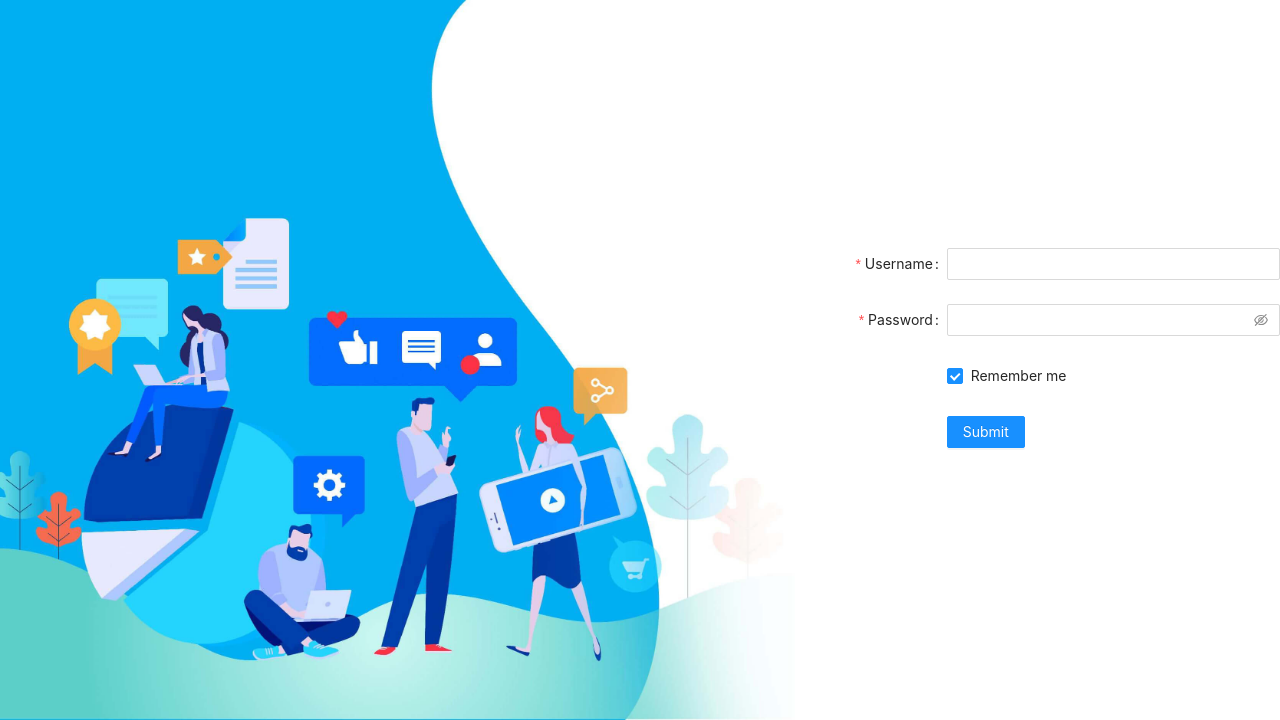
Repository: DallenCat/react-test
Page: /login
The author's editor kept a copy of each file at every save. The page is drawn from the files as they stood at one save, then again after the next save.
The browser window is 1280 px wide. The pictures show the whole page.
The project was rebuilt for these pictures with package versions that can differ from the ones it lists, and the page was loaded fresh each time. Also part of the build but not shown: src/containers/dashboard/index.js, src/containers/personal/index.js, src/components/layout/index.css, src/components/layout/sider/menu.js, src/components/layout/sider/logo.js, src/components/layout/sider/index.js, src/components/layout/index.js.

Above is the page before, as saved 2021-10-29 17:28:21.

After the next save:
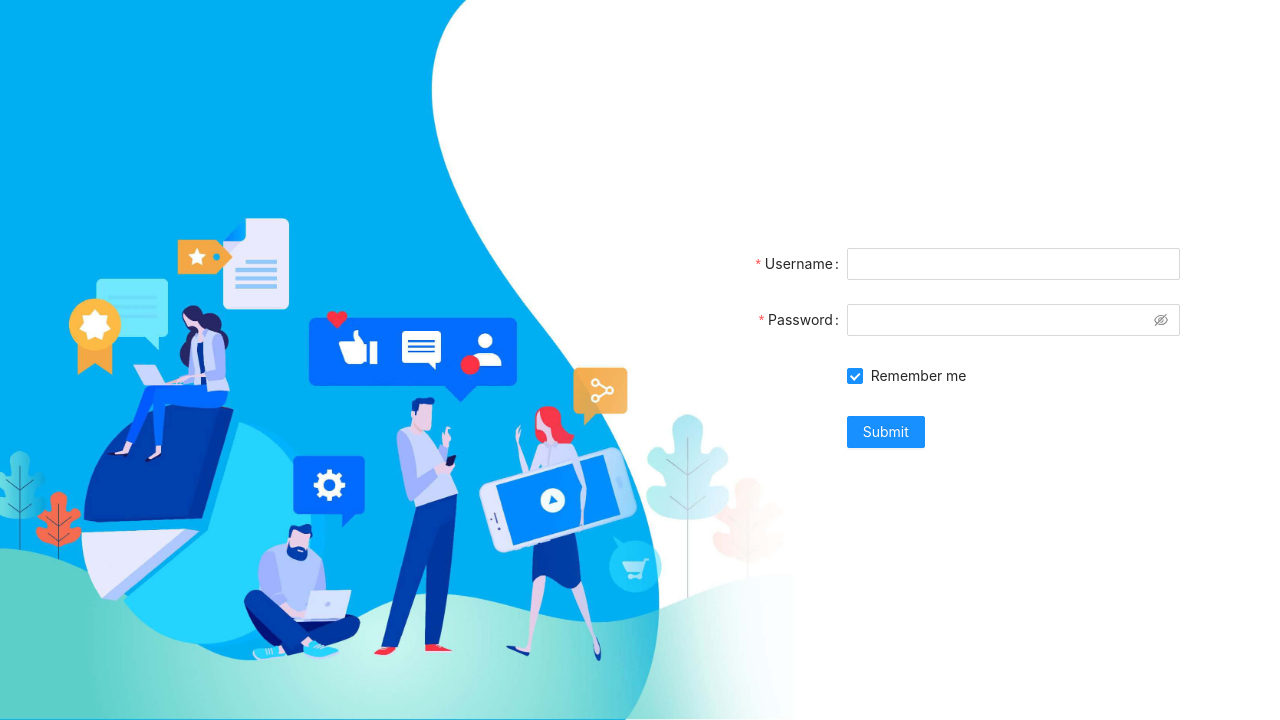
Saved 11 s later.
--- a/src/containers/login/login.scss
+++ b/src/containers/login/login.scss
@@ -11,5 +11,5 @@
 
 .form {
   width: 500px;
-  float: right;
+  margin-right: 100px;
 }
